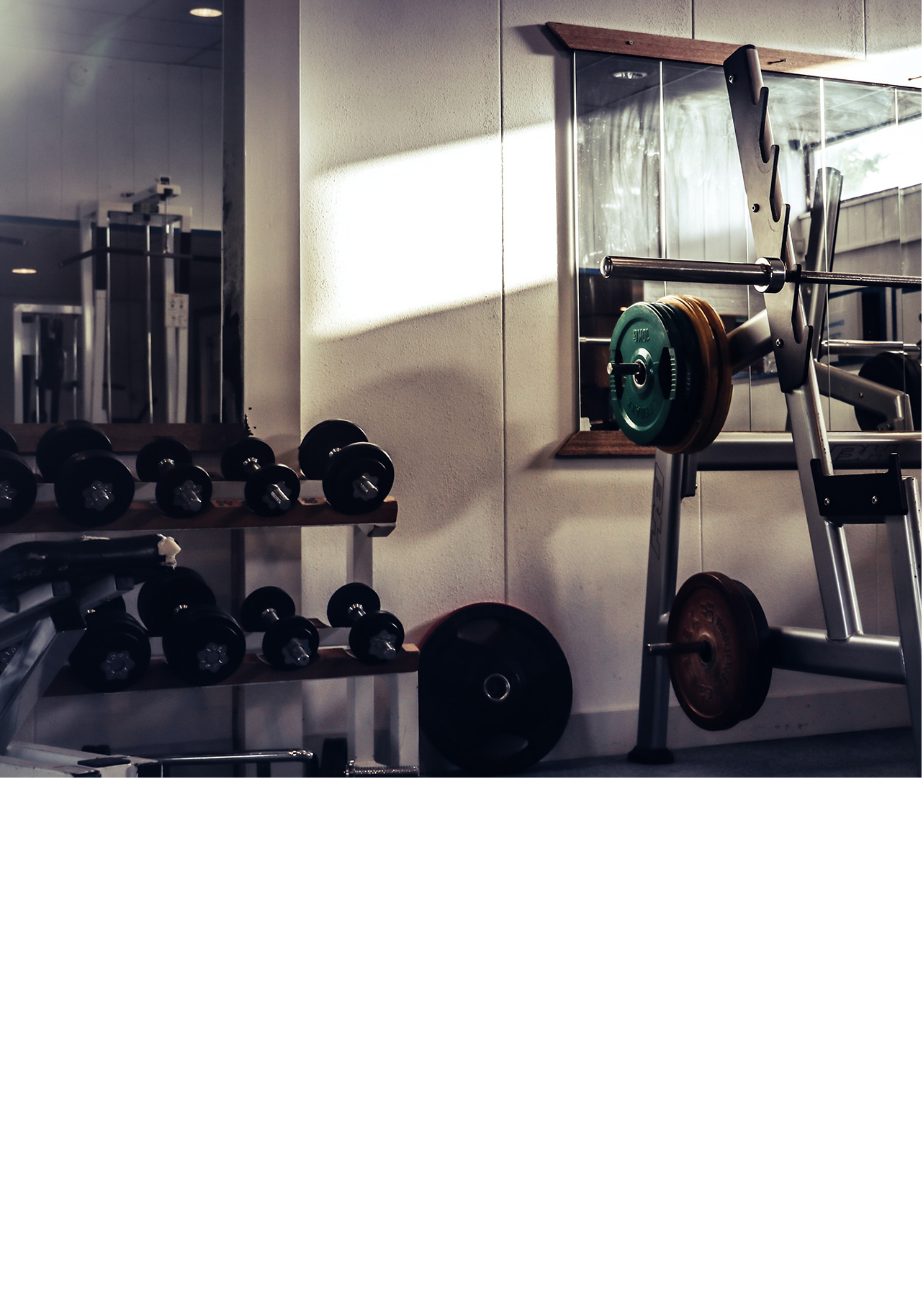
Repository: Mini-T/php-propre
Page: http://localhost/
The author's editor kept a copy of each file at every save. The page is drawn from the files as they stood at one save, then again after the next save.
The browser window is 1280 px wide. The pictures show the whole page, at 72% of full size.
The page is run by PHP 8.4 with error messages shown; the project is at /var/www/html/.

Above is the page before, as saved 2021-03-25 10:49:43.

### Partiel/index.php
<!DOCTYPE html>
<html lang="en">

<head>
    <meta charset="UTF-8">
    <meta http-equiv="X-UA-Compatible" content="IE=edge">
    <meta name="viewport" content="width=device-width, initial-scale=1.0">
    <title>Document</title>
    <link rel="stylesheet" href="main.css">
</head>

<body>
    <div id="main">
        <header id="image">
            <div id="overlay">


                <div class="frat"></div>

                <div class="fratt">
                    <div id="row1">
                        <a href="#">Espaces membre</a>
                        <br>
                        <a href="#">S'inscrire</a>
                    </div>
                    <div id="row2">
                        <h1 id="titre">Fit it</h1>
                        <p class="text">Pour se motiver et rester motivé, de l’initiation
                            pour les débutants à l’accompagnement au
                            quotidien dans votre pratique du fitness.</p>
                        <a href="#" class="text">Inscrivez-vous</a>
                    </div>
                    <div id="row3"><a href="" class="text" id="follow">Follow</a></div>
                </div>
            </div>
        </header>
    </div>
</body>

</html>

### Partiel/main.css
#main{
    display: flex;
}
body{
    overflow: hidden;
    margin: 0px;
}
a{
    text-decoration: none;
    color: unset;
}

#image{
    background-image: url('fond-normal-size.jpg');
    color: white;
    font-family: kanit;
    display: grid;
    max-width: 1920px;
    grid-template-columns: 1fr 1Fr;
    width: 100vw;
    height: 1080px;
    flex-direction: column;
}
.center{
    background: black;
    align-self: center;
}
.topright{
    background: black;
    font-size: 37px;
    text-align: right;
    margin-bottom: 243px;
}
#titre{
    margin: 0px;
    font-family: kanit medium;
    font-weight: normal;
    font-size: 117px;
    text-align: left;
}
.text{
    font-size: 37px;
    font-family: Sohne-Leicht ;
}
#follow{
    text-align: right;
    height: fit-content;
    text-align: right;
}

.frat{
    width: 100%;
    height: 1080px;

}
.fratt{
    padding: 0px 45px  0px 45px;
    max-height: 1080px;
    height: 100vh;
    display: grid;
    grid-template-rows: 1fr 4fr 1fr ;



}
#row1{
    font-size: 37px;
    text-align: right;
}
#row2{

        height: fit-content
}
#row3{
    height: 100%;
    display: flex;
    flex-direction: column;
    justify-content: flex-end;
    align-content: flex-end;
}

After the next save:
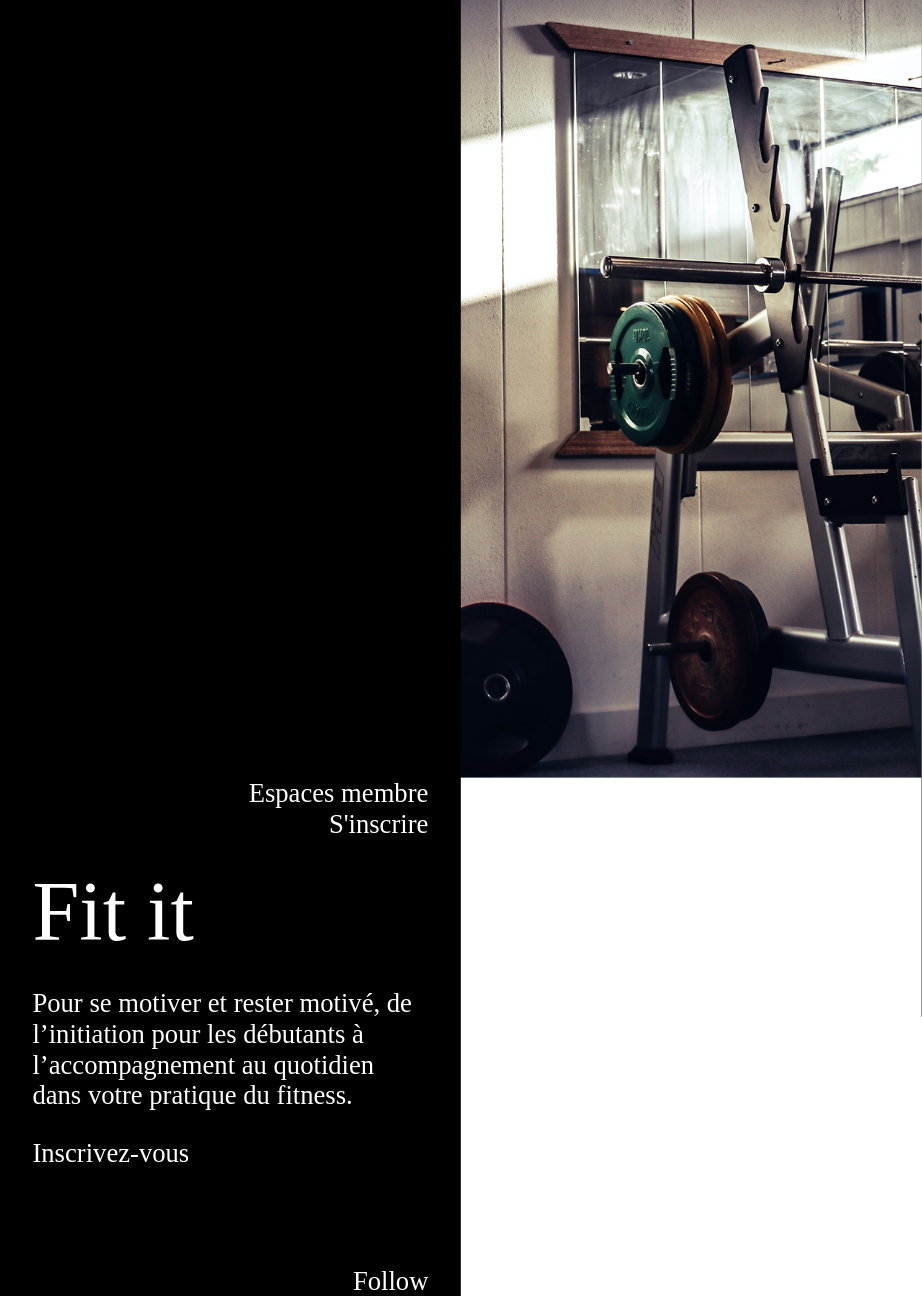
Saved 11 s later.
--- a/Partiel/main.css
+++ b/Partiel/main.css
@@ -78,3 +78,6 @@ a{
     justify-content: flex-end;
     align-content: flex-end;
 }
+#overlay {
+    background-color: black;
+}
